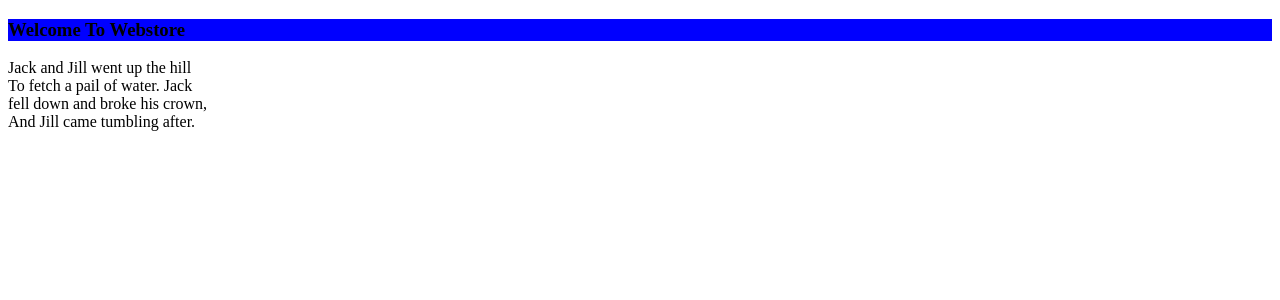
Repository: sourogithub/Final-yr-project-using-j2ee
Page: http://localhost/Webstore/JSP Pages/index.jsp
The author's editor kept a copy of each file at every save. The page is drawn from the files as they stood at one save, then again after the next save.
The browser window is 1280 px wide. The pictures show the whole page.
The page is served by Tomcat 9.

Above is the page before, as saved 2017-04-11 07:17:41.

### Webstore/WebContent/JSP Pages/index.jsp
<%@ page language="java" contentType="text/html; charset=ISO-8859-1"
    pageEncoding="ISO-8859-1"%>
<!DOCTYPE html PUBLIC "-//W3C//DTD HTML 4.01 Transitional//EN" "http://www.w3.org/TR/html4/loose.dtd">
<html>
<head>
<meta http-equiv="Content-Type" content="text/html; charset=ISO-8859-1">
<title>Webstore</title>

</head>
<body>
<div id="top" style="background:blue">
<h3>Welcome To Webstore</h3>
</div>
<div id="mydiv" style="width:200px;background:white" onmouseover="this.style.background='gray';" onmouseout="this.style.background='white';">
    Jack and Jill went up the hill
    To fetch a pail of water.
    Jack fell down and broke his crown,
    And Jill came tumbling after.
    </div>
</body>
</html>

After the next save:
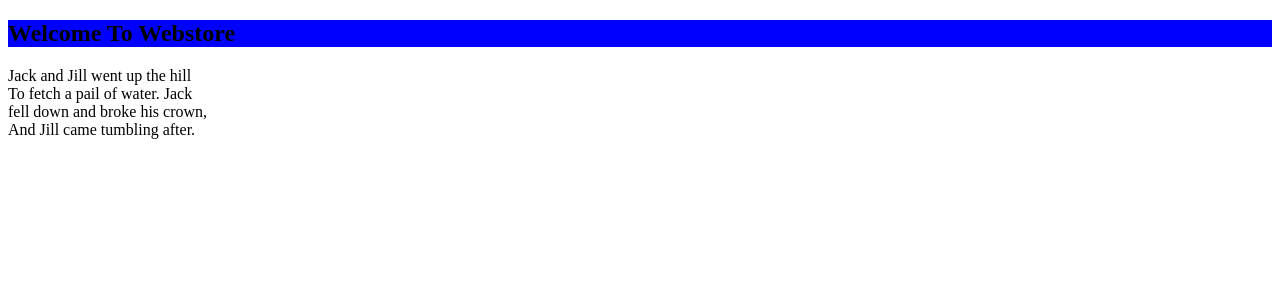
Saved 36 s later.
--- a/Webstore/WebContent/JSP Pages/index.jsp
+++ b/Webstore/WebContent/JSP Pages/index.jsp
@@ -9,7 +9,7 @@
 </head>
 <body>
 <div id="top" style="background:blue">
-<h3>Welcome To Webstore</h3>
+<h2>Welcome To Webstore</h2>
 </div>
 <div id="mydiv" style="width:200px;background:white" onmouseover="this.style.background='gray';" onmouseout="this.style.background='white';">
     Jack and Jill went up the hill
